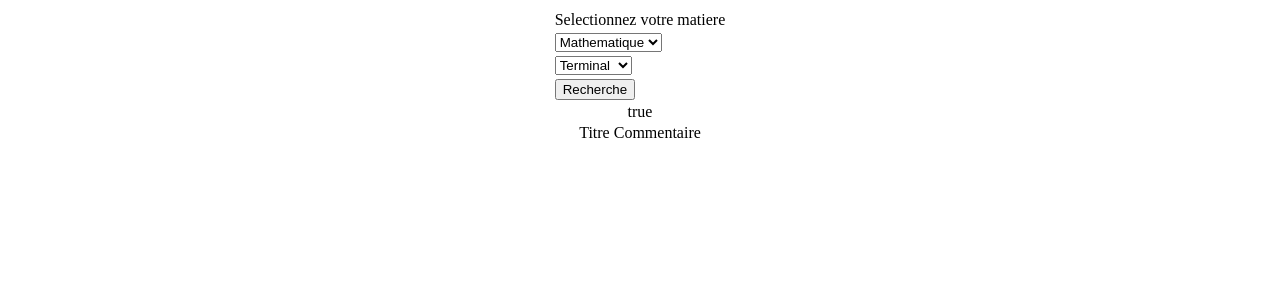
Repository: AntoAnt/WikiScolaire-
Page: http://localhost/InterfaceWikiScolair/Recherche.jsp
The author's editor kept a copy of each file at every save. The page is drawn from the files as they stood at one save, then again after the next save.
The browser window is 1280 px wide. The pictures show the whole page.
The page is served by Tomcat 9. Other server files are loaded and not shown.

Above is the page before, as saved 2017-04-27 13:50:54.

### InterfaceWikiScolair/WebContent/Recherche.jsp
<%@ page language="java" contentType="text/html; charset=ISO-8859-1"
    pageEncoding="ISO-8859-1"%>
<%@ taglib uri="http://java.sun.com/jsp/jstl/core" prefix="c" %>
<!DOCTYPE html PUBLIC "-//W3C//DTD HTML 4.01 Transitional//EN" "http://www.w3.org/TR/html4/loose.dtd">
<html>
<head>
<meta http-equiv="Content-Type" content="text/html; charset=ISO-8859-1">
<title>Recherche_cours</title>
</head>
<body>
<center>
	<form method="post" action="/InterfaceWikiScolair/ControleurPrincipal?idaction=Recherche_cours">
		<table>
			<tr><td> Selectionnez votre matiere</td></tr>
			<tr><td>
				<select id="Recherche_Matiere">
					<option value ="Mathematique">Mathematique</option>
					<option value ="Français">Français</option>
					<option value ="Anglais">Anglais</option>
					<option value ="SVT">SVT</option>
					<option value ="Physique">Physique</option>
					<option value ="economie">economie</option>
					<option value ="Histoire">Histoire</option>
					<option value ="Geographie">Geographie</option>
					<option value ="Philosophie">Philosophie</option>
				</select>
			<tr><td>
				<select id="Recherche_Niveau">
					<option value = "Terminal">Terminal</option>
					<option value = "Premiere">Premiere</option>
					<option value = "Seconde">Seconde</option>
				</select>
			</td></tr>
			<tr><td><input type="submit" name="recherche_cours" value="Recherche"></td></tr>
	</table>
</form>
<table>
<tr> <td>Titre</td><td>Commentaire</td></tr>
<c:out value="${5<7}">
</c:out>

</table>


</center>
</body>
</html>

After the next save:
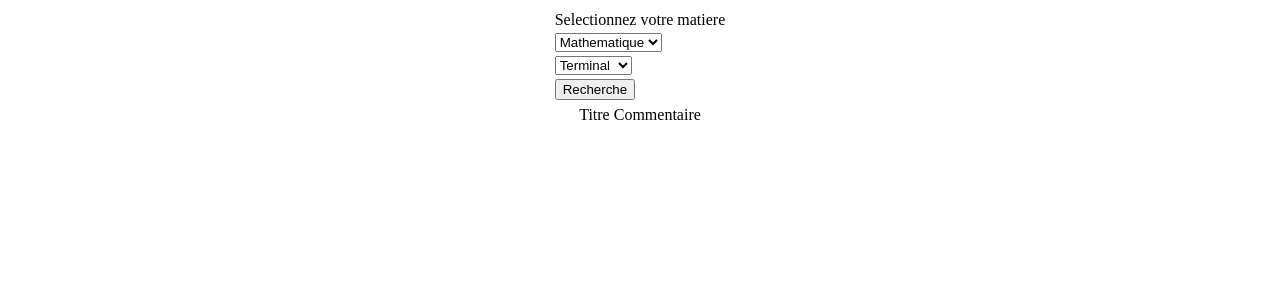
Saved 6 s later.
--- a/InterfaceWikiScolair/WebContent/Recherche.jsp
+++ b/InterfaceWikiScolair/WebContent/Recherche.jsp
@@ -9,7 +9,7 @@
 </head>
 <body>
 <center>
-	<form method="post" action="/InterfaceWikiScolair/ControleurPrincipal?idaction=Recherche_cours">
+	<form method="post" action="/InterfaceWikiScolair/ControleurPrincipal?idaction=Redirect_Recherche_Cours">
 		<table>
 			<tr><td> Selectionnez votre matiere</td></tr>
 			<tr><td>
@@ -36,7 +36,7 @@
 </form>
 <table>
 <tr> <td>Titre</td><td>Commentaire</td></tr>
-<c:out value="${5<7}">
+<c:out value="">
 </c:out>
 
 </table>
